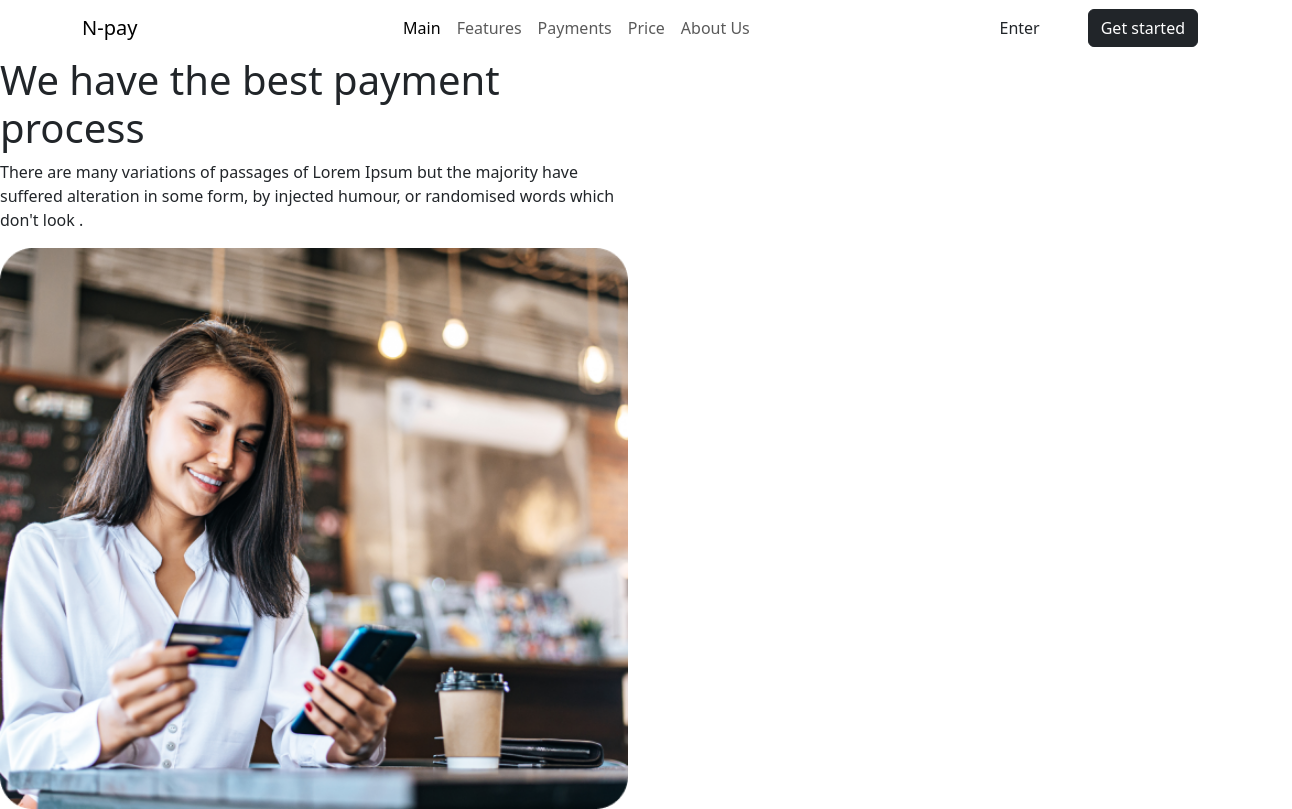
Repository: Senianga/N-pay
Page: index.html
The author's editor kept a copy of each file at every save. The page is drawn from the files as they stood at one save, then again after the next save.
The browser window is 1280 px wide. The page is 1292 px wide, so the pictures cover 1292 px, including what lies to the right of the window. The pictures show the whole page.
The style sheet was rebuilt from its Sass, Less or Tailwind sources for each picture, by a compiler version that may differ from the author's.

Above is the page before, as saved 2023-05-01 14:46:50.

After the next save:
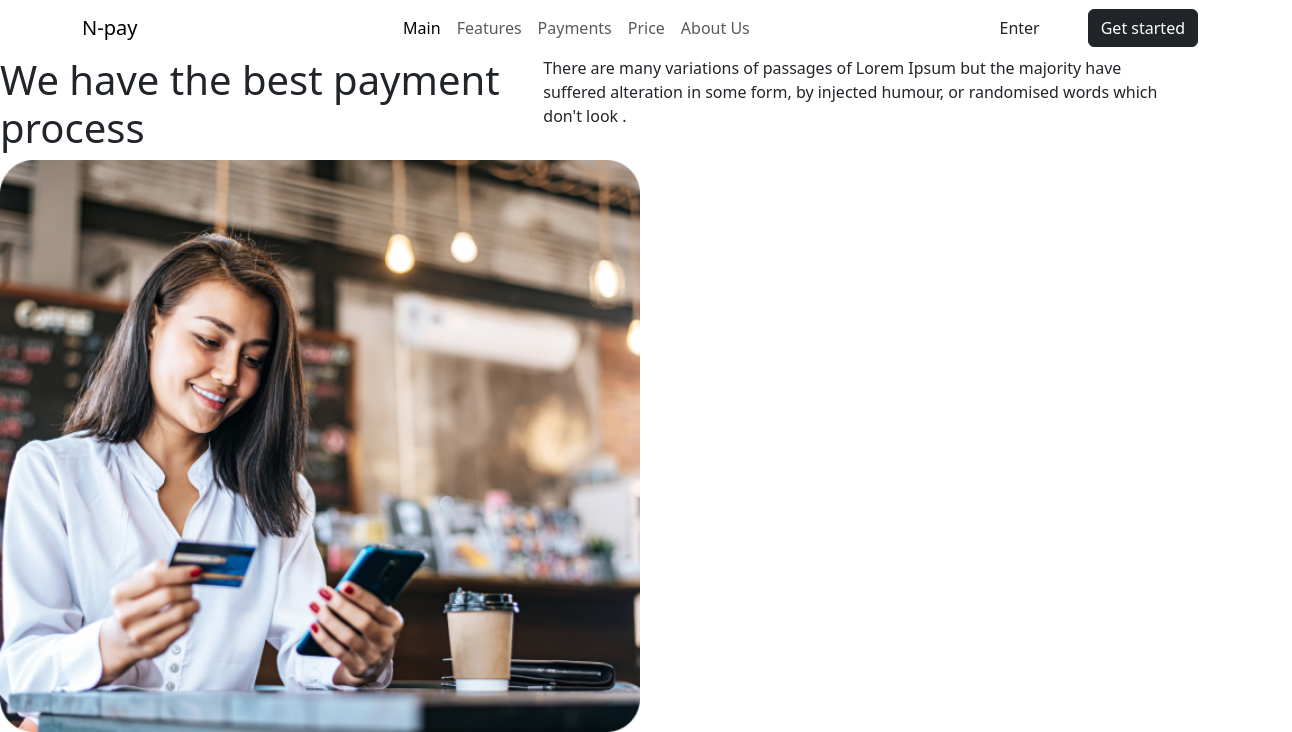
Saved 17 s later.
--- a/index.html
+++ b/index.html
@@ -47,7 +47,7 @@
     <main>
         <container-main class="bg-body-tertiary">
             <div class="row">
-                <div class="">
+
                     <h1 class="col-5">
                         We have the best
                         payment process

After the save that followed:
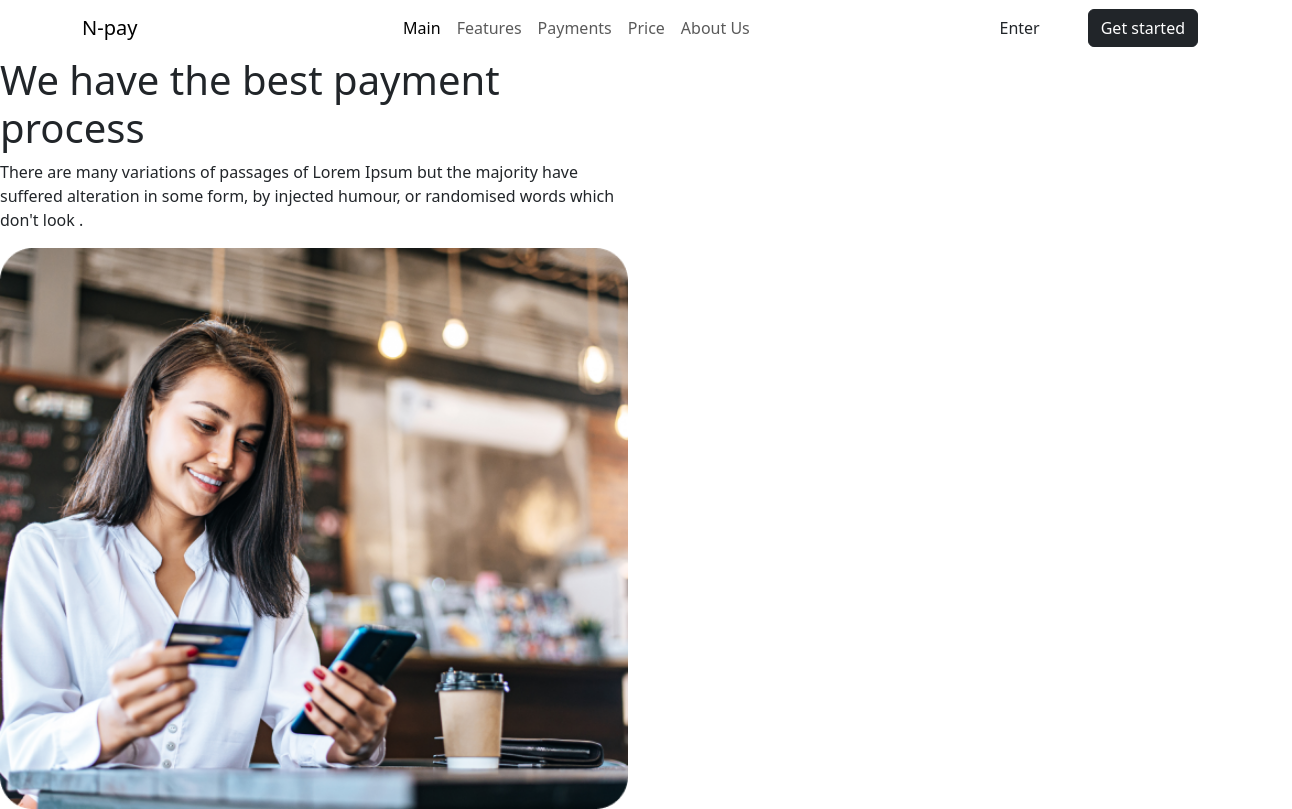
Saved 27 s later.
--- a/index.html
+++ b/index.html
@@ -47,7 +47,7 @@
     <main>
         <container-main class="bg-body-tertiary">
             <div class="row">
-
+                <div class="col-mg-6 col-sm-12">
                     <h1 class="col-5">
                         We have the best
                         payment process
@@ -58,7 +58,7 @@
                     </p>
                 </div>
                 <img src="img/image.png" alt="Main picture" class="img-fluid col-md-6 col-sm-12">
-            </div>
+            </<div>
 
         </container-main>
     </main>
